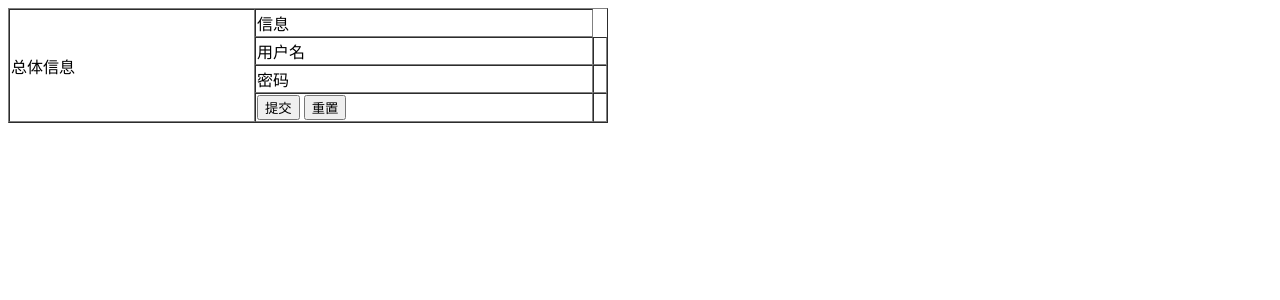
Repository: fixbb/workspace
Page: 008表单/index.html
The author's editor kept a copy of each file at every save. The page is drawn from the files as they stood at one save, then again after the next save.
The browser window is 1280 px wide. The pictures show the whole page.

Above is the page before, as saved 2021-08-24 10:33:08.

### 008表单/index.html
<!DOCTYPE html>
<html lang="en">

<head>
    <meta charset="UTF-8">
    <meta http-equiv="X-UA-Compatible" content="IE=edge">
    <meta name="viewport" content="width=device-width, initial-scale=1.0">
    <title>表单</title>
</head>

<body>
    <table width="600px" border="1" cellspacing="0">
        <tbody>
            <tr>
                <td rowspan="4">总体信息</td>
                <td>信息</td>

            </tr>
            <tr>

                <td>用户名</td>
                <td></td>
            </tr>
            <tr>

                <td>密码</td>
                <td></td>
            </tr>
            <tr>

                <td>
                    <button>提交</button>
                    <button>重置</button>
                </td>
                <td></td>
            </tr>
        </tbody>
    </table>
</body>

</html>

After the next save:
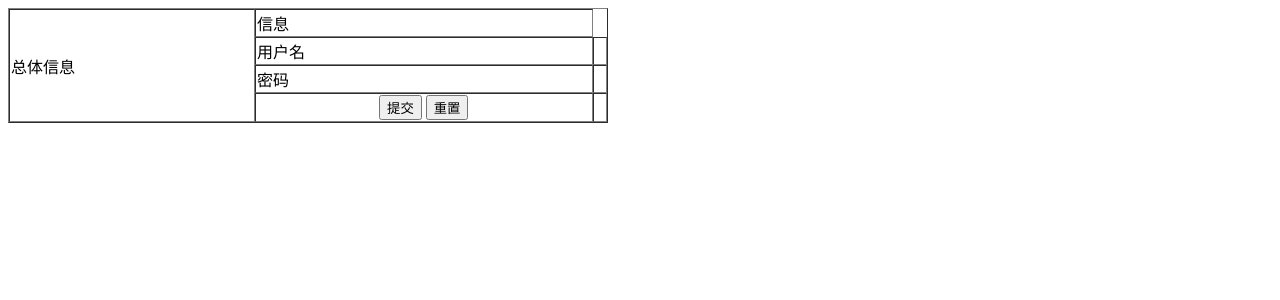
Saved 17 s later.
--- a/008表单/index.html
+++ b/008表单/index.html
@@ -28,10 +28,10 @@
             </tr>
             <tr>
 
-                <td>
+                <th>
                     <button>提交</button>
                     <button>重置</button>
-                </td>
+                </th>
                 <td></td>
             </tr>
         </tbody>
